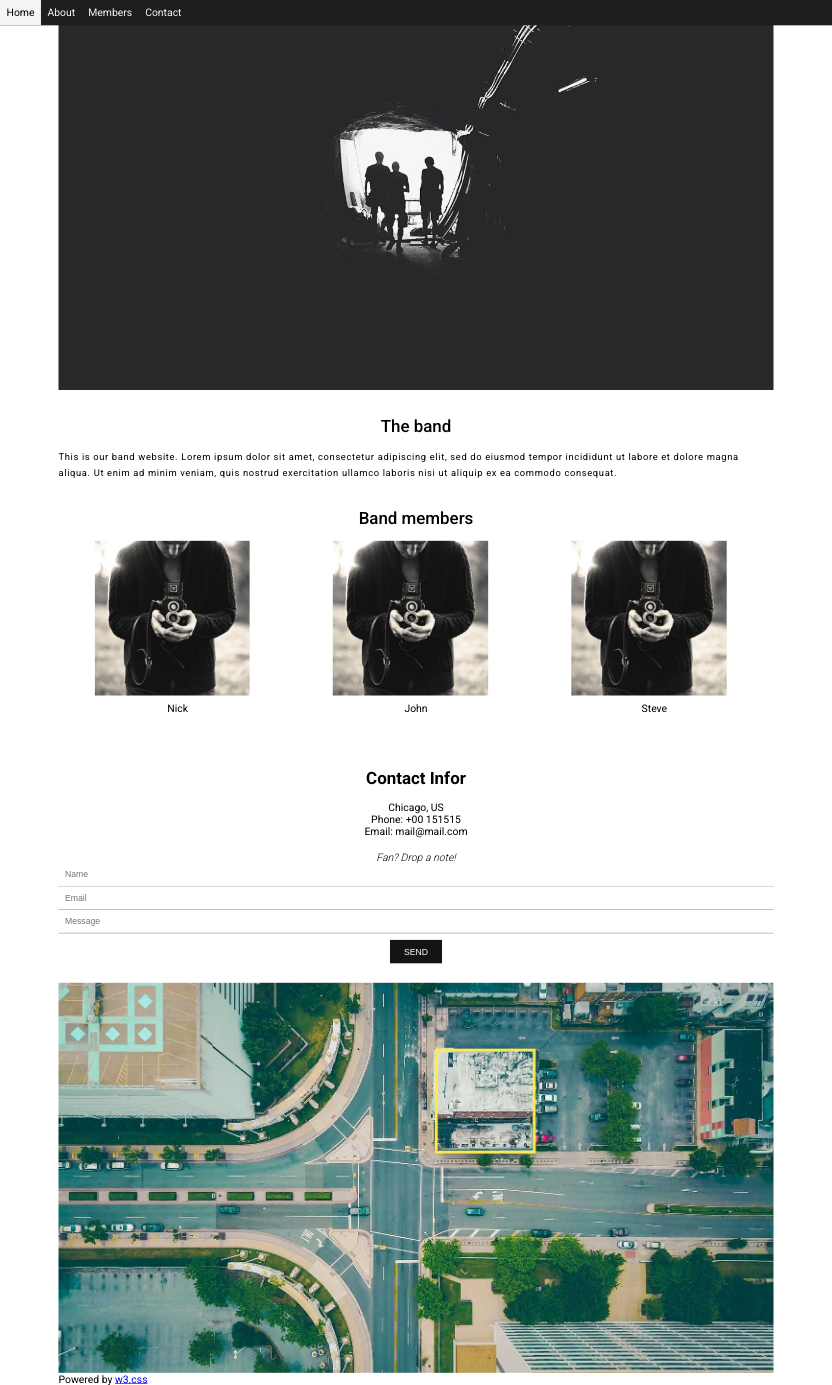
Repository: hieu-22/w3_band_UI
Page: index.html
These files come from the project's save history. The page is drawn as it stood at one moment and after the next save; the edit follows.
The browser window is 1280 px wide. The pictures show the whole page, at 65% of full size.

Above is the page before, as saved 2022-12-30 10:44:30.

### index.html
<!DOCTYPE html>
<html lang="en">
<head>
    <meta charset="UTF-8">
    <meta http-equiv="X-UA-Compatible" content="IE=edge">
    <meta name="viewport" content="width=device-width, initial-scale=1.0">
    <title>The band - by w3school</title>
    <link rel="stylesheet" href="assets/css/style.css">
    <link rel="preconnect" href="https://fonts.googleapis.com"><link rel="preconnect" href="https://fonts.gstatic.com" crossorigin><link href="https://fonts.googleapis.com/css2?family=Roboto:wght@100;300;400;500;700&display=swap" rel="stylesheet">
</head>
<body>
    <header class="header">
        <nav class="navigation-bar">
            <ul class="navigation-bar__list">
                <li class="navigation-bar__list-item">
                    Home
                </li>
                <li class="navigation-bar__list-item">
                    About
                </li>
                <li class="navigation-bar__list-item">
                    Members
                </li>
                <li class="navigation-bar__list-item">
                    Contact
                </li>
            </ul>
        </nav>
        <div class="banner"></div>
    </header>

    <main class="content">
        <div class="content__about">
            <h2 class="content__about-name">The band</h2>
            <p class="content__about-description"> This is our band website. Lorem ipsum dolor sit amet, consectetur adipiscing elit, sed do eiusmod tempor incididunt ut labore et dolore magna aliqua. Ut enim ad minim veniam, quis nostrud exercitation ullamco laboris nisi ut aliquip ex ea commodo consequat.
            </p>
        </div>
        <!-- end about -->

        <div class="content__members">
            <h2 class="content__members-header">Band members</h2>
            <div class="content__members-container">
                <div class="member">
                    <div class="member__img">
                        <img src="/assets/img/img_bandmember.jpg" alt="band member">
                    </div>
                    <p class="member__name">Nick</p>
                </div>
                <!-- member1 -->
                <div class="member">
                    <div class="member__img">
                        <img src="/assets/img/img_bandmember.jpg" alt="band member">
                    </div>
                    <p class="member__name">John</p>
                </div>
                <!-- member2 -->
                <div class="member">
                    <div class="member__img">
                        <img src="/assets/img/img_bandmember.jpg" alt="band member">
                    </div>
                    <p class="member__name">Steve</p>
                </div>
                <!-- member3 -->
            </div>
        </div>
        <!-- end members -->
        <div class="content__contact-infor">
            <h2 class="contact-infor__header">Contact Infor</h2>
            <address class="contact-infor__address">
                Chicago, US</br>
                Phone: +00 151515</br>
                Email: mail@mail.com
            </address>
            <div class="contact-infor__form">
                <h3 class="contact-infor__form-title">Fan? Drop a note!</h3>
            <form action="#">
                <input type="text" placeholder="Name" name="name">
                <input type="email" placeholder="Email">
                <input type="text" placeholder="Message">
                <button type="submit">SEND</button>
            </form>
            </div>
            <div class="contact-infor__banner"></div>
        </div>
    </main>

    <footer>
        <p>Powered by <a href="#">w3.css</a></p>
    </footer>
</body>
</html>

### assets/css/style.css
* {
    box-sizing: border-box;
    padding: 0;
    margin: 0;

}

html {
    font-family: 'Roboto', sans-serif;
    font-size: 16px;
    width: 1100px;
    margin: auto;
}

.header {
    height: 600px;
}

.navigation-bar {
    position: absolute;
    top: 0;
    left: 0;
    width: 100%;
    background-color: rgb(30, 30, 30);
}

.navigation-bar__list {
    display: flex;
    justify-content: flex-start;
    align-items: center;
    border-radius: 2px;
    list-style-type: none;
}

.navigation-bar__list-item {
    padding: 10px;
    color: whitesmoke;
}
.navigation-bar__list-item:hover {
    background-color: whitesmoke;
    color: black;
    cursor: pointer;
}

.banner {
    height: 100%;
    width: auto;
    background-image: url('../img/img_la.jpg');
    background-size: cover;
}
/* main content */
.content__about {
    margin-top: 20px;
}

.content__about-name {
    font-weight: 500;
    text-align: center;
    font-size: 26px;
    padding: 20px 0;
}

.content__about-description {
    letter-spacing: 1px;
    line-height: 26px;
    font-size: 0.9rem;
}
/* end about */

.content__members {
    height: 400px;
    margin-top: 20px;
}
.content__members-header {
    font-weight: 500;
    text-align: center;
    width: 100%;
    padding: 20px 0;
    font-size: 26px;
}
.content__members-container {
    display: flex;
    justify-content: space-around;
}

.member__img {
    height: 80%;
}

.member__img img {
    height: 100%;
}

.member__name {
    text-align: center;
    padding: 10px;
}
/* end member */

.content__contact-infor {
    margin-top: 20px;
}

.content__contact-infor .contact-infor__header {
    margin: 20px 0;
    text-align: center;
    font-size: 26px;
}

.content__contact-infor .contact-infor__address {
    margin: 20px 0;
    text-align: center;
    font-style: normal;
}
/* end contact address */

.content__contact-infor .contact-infor__form-title {
    font-style: italic;
    font-weight: 300;
    font-size: 16px;
    text-align: center;
}

input {
    width: 100%;
    padding: 10px;
    border: none;
    border-bottom: 1px solid rgb(158, 158, 158);
}

input:focus {
    border: 1px solid black;
}

button {
    position: relative;
    left: 50%;
    top: 10px;
    transform: translateX(-50%);

    width: 80px;
    height: 36px;
    border: none;

    background-color: rgb(20, 20, 20);
    color: white;

    cursor: pointer;
}

button:hover {
    background-color: rgb(196, 198, 199);
    color: black;
}
/* end contact form */

.contact-infor__banner {
    height: 600px;
    width: auto;
    margin-top: 40px;
    background-image: url(../img/map.jpg);
    background-size: cover;
}

.footer {
    margin: 20px 0;
}

.footer p {
    text-align: center;
}

After the next save:
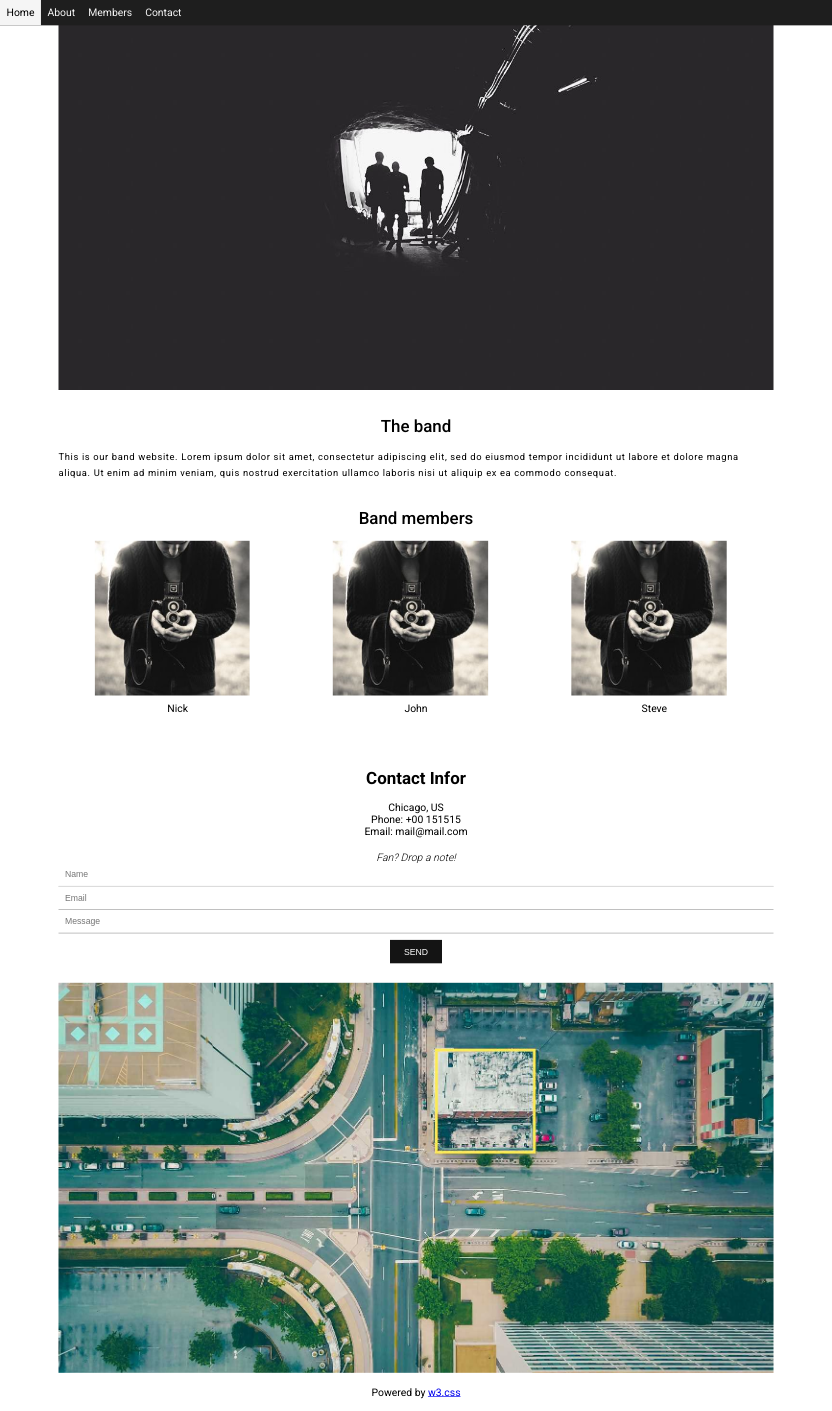
Saved 11 s later.
--- a/index.html
+++ b/index.html
@@ -84,7 +84,7 @@
         </div>
     </main>
 
-    <footer>
+    <footer class="footer">
         <p>Powered by <a href="#">w3.css</a></p>
     </footer>
 </body>
